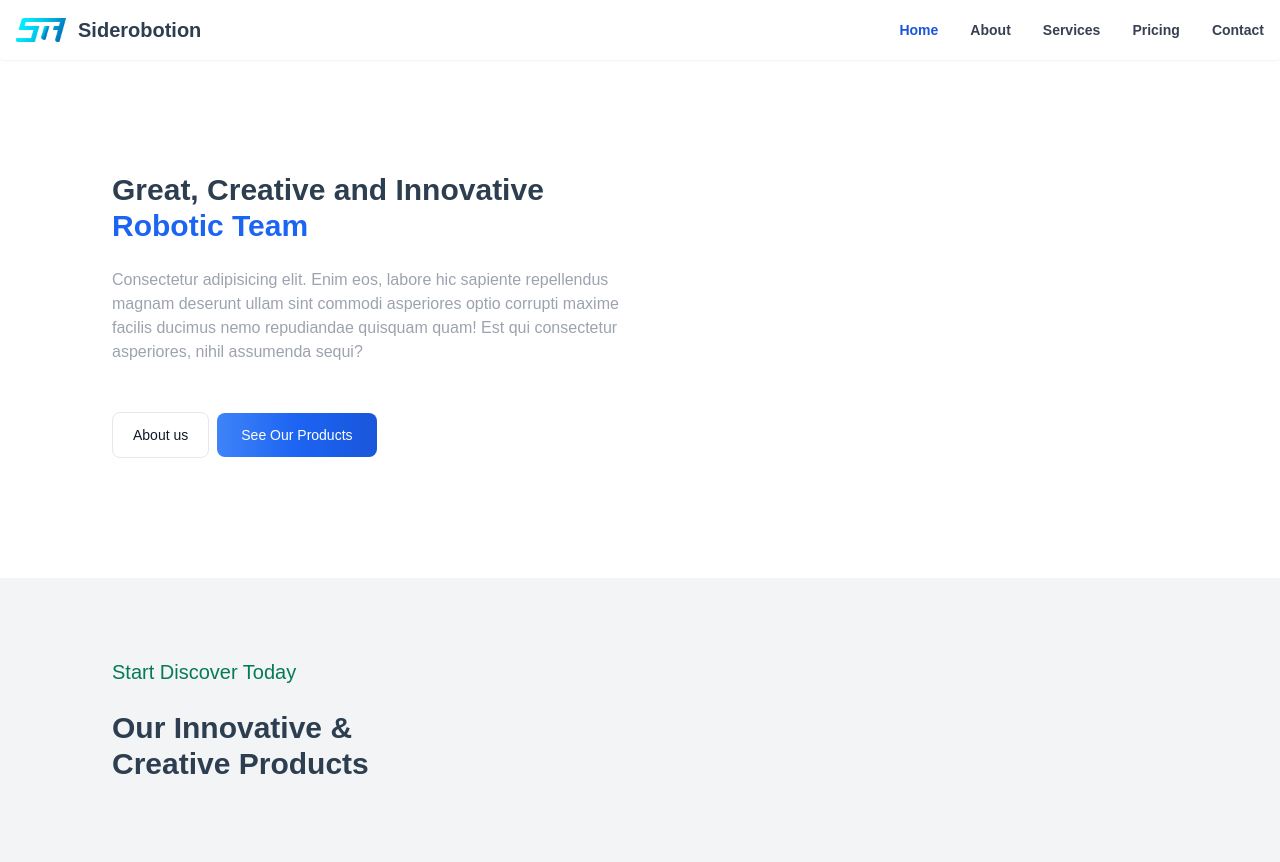
Repository: khulqu15/siderobotion
Page: /
These files come from the project's save history. The page is drawn as it stood at one moment and after the next save; the edit follows.
The browser window is 1280 px wide. The pictures show the whole page.
The project was rebuilt for these pictures with package versions that can differ from the ones it lists, and the page was loaded fresh each time. Also part of the build but not shown: vue.config.js.

Above is the page before, as saved 2022-06-12 02:24:30.

After the next save:
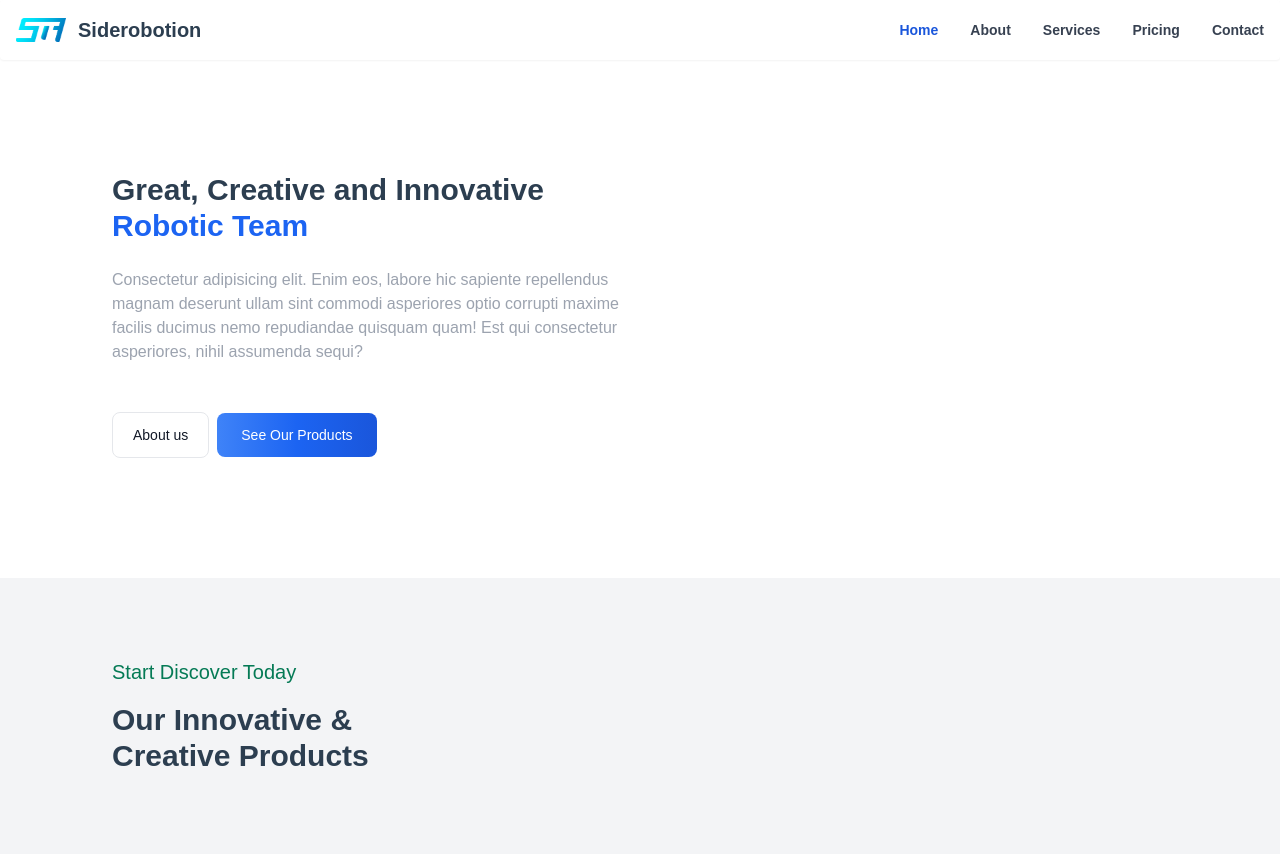
Saved 4 s later.
--- a/src/views/HomeView.vue
+++ b/src/views/HomeView.vue
@@ -12,7 +12,7 @@
 
     <div class="px-28 py-20 bg-gray-100">
       <div class="text-start">
-        <p class="text-xl mb-6 text-green-600">Start Discover Today</p>
+        <p class="text-xl mb-4 text-green-600">Start Discover Today</p>
         <h1 class="text-3xl font-semibold">Our Innovative & <br> Creative Products</h1>
       </div>
     </div>
